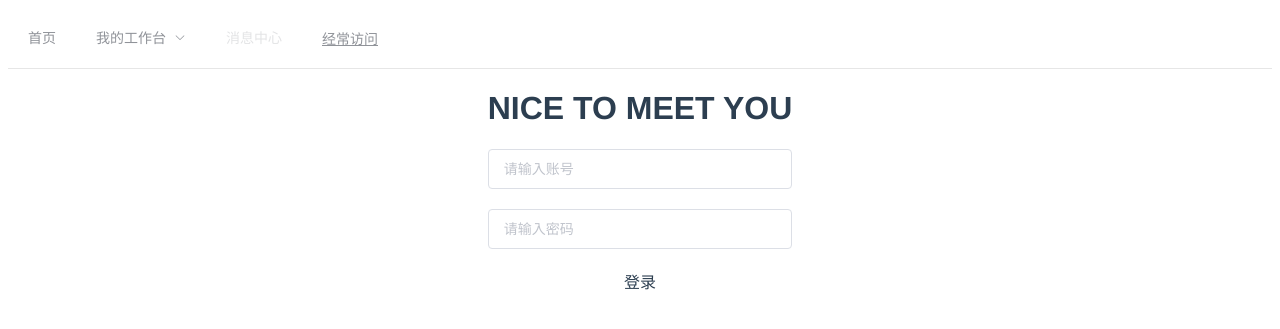
Repository: wallflower2020/log_management
Page: /#/login (app in log-management/)
These files come from the project's save history. The page is drawn as it stood at one moment and after the next save; the edit follows.
The browser window is 1280 px wide. The pictures show the whole page.
The project was rebuilt for these pictures with package versions that can differ from the ones it lists, and the page was loaded fresh each time. Also part of the build but not shown: log-management/src/components/HelloWorld.vue, log-management/src/views/index.vue.

Above is the page before, as saved 2021-04-19 23:28:58.

### log-management/index.html
<!DOCTYPE html>
<html>
  <head>
    <meta charset="utf-8">
    <meta name="viewport" content="width=device-width,initial-scale=1.0">
    <title>log-management</title>
  </head>
  <body>
    <div id="app"></div>
    <!-- built files will be auto injected -->
  </body>
</html>

### log-management/src/main.js
// The Vue build version to load with the `import` command
// (runtime-only or standalone) has been set in webpack.base.conf with an alias.
import Vue from 'vue';
import ElementUI from 'element-ui';
import 'element-ui/lib/theme-chalk/index.css';
import App from './App';
import router from './router';
import axios from 'axios';

Vue.use(ElementUI);
Vue.config.productionTip = false
Vue.prototype.$axios = axios

/* eslint-disable no-new */
new Vue({
  el: '#app',
  router,
  components: { App },
  template: '<App/>'
})

### log-management/src/App.vue
<template>
  <div id="app">
    <navigation></navigation>
    <!-- <img src="./assets/logo.png"> -->
    <router-view/>
  </div>
</template>

<script>
import Navigation from "@/components/navigation"

export default {
  components: {
    Navigation,
  },
  name: 'App',
  data() {
      return {
        activeIndex: '1',
        activeIndex2: '1'
      };
    },
    methods: {
      handleSelect(key, keyPath) {
        console.log(key, keyPath);
      }
    }
}
</script>

<style>
#app {
  font-family: 'Avenir', Helvetica, Arial, sans-serif;
  -webkit-font-smoothing: antialiased;
  -moz-osx-font-smoothing: grayscale;
  text-align: center;
  color: #2c3e50;
  margin-top: 0;
}
</style>

### log-management/src/router/index.js
import Vue from "vue";
import Router from "vue-router";

import index from "@/views/index";
import login from "@/views/login";

// const Workplace = resolve => require(["@/views/Workplace"], resolve);
const commission = resolve =>
  require(["@/views/workplace/commission"], resolve);
const everyday = resolve => require(["@/views/workplace/everyday"], resolve);
const special = resolve => require(["@/views/workplace/special"], resolve);
// import commission from "@/views/workplace/commission";
// import everyday from "@/views/workplace/everyday";
// import special from "@/views/workplace/special";

Vue.use(Router);

export default new Router({
  routes: [
    {
      path: "/",
      component: index
    },
    {
      path: "/index",
      name: "index",
      component: index
    },
    {
      path: "/login",
      name: "login",
      component: login
    },
    {
      path: "/commission",
      name: "commission",
      component: commission
    },
    {
      path: "/everyday",
      name: "everyday",
      component: everyday
    },
    {
      path: "/special",
      name: "special",
      component: special
    }
  ]
});

### log-management/src/components/navigation.vue
<template>
  <div>
    <el-menu :default-active="activeIndex" class="el-menu-demo" mode="horizontal" @select="handleSelect" >
      <el-menu-item index="1" @click="goIndex">首页</el-menu-item>
      <el-submenu index="2">
        <template slot="title">我的工作台</template>
        <el-menu-item index="2-1" @click="goEveryday">日常</el-menu-item>
        <el-menu-item index="2-2">代办</el-menu-item>
        <el-menu-item index="2-3">特殊</el-menu-item>
        <el-submenu index="2-4">
          <template slot="title">记录</template>
          <el-menu-item index="2-4-1">随笔</el-menu-item>
          <el-menu-item index="2-4-2">日记</el-menu-item>
          <el-menu-item index="2-4-3">总结</el-menu-item>
        </el-submenu>
      </el-submenu>
      <el-menu-item index="3" disabled>消息中心</el-menu-item>
      <el-menu-item index="4"><a href="https://www.bilibili.com/" target="_blank">经常访问</a></el-menu-item>
    </el-menu>
  </div>
</template>

<script>
export default {
  methods: {
    goIndex() {
      this.$router.push({path: '/'})
    },
    goEveryday() {
      this.$router.push({path: '/everyday'})
    }
  }
}
</script>

### log-management/src/views/login.vue
<template>
    <div class="login">
        <h1 @click="goIndex">NICE TO MEET YOU</h1>
        <el-input placeholder="请输入账号" class="login-phone"></el-input>
        <el-input placeholder="请输入密码" class="login-password"></el-input>
        <span @click="goIndex">登录</span>
        <!-- <a href="
        https://www.bilibili.com/">bilibili</a> -->
    </div>
</template>

<script>

export default({
  data: {
    formData:{
      account:'',
      password:'',
    }
  },
  methods: {
    goIndex() {
      this.$router.push({path: '/index'})
    }
  }
})
</script>

<style>
  .login {
    height: 500px;
    display: inline-block;
  }
  .login-phone {
    display: flex;
    /* width: 40%; */
    margin-bottom: 20px;
  }
  .login-password {
    display: flex;
    /* width: 40%; */
    margin-bottom: 20px;
  }
</style>

After the next save:
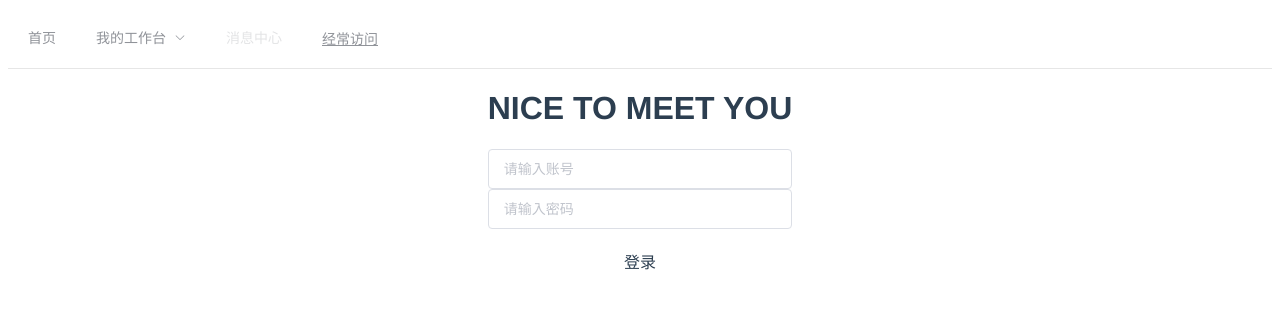
Saved 6 min 0 s later.
--- a/log-management/src/views/login.vue
+++ b/log-management/src/views/login.vue
@@ -1,7 +1,7 @@
 <template>
     <div class="login">
         <h1 @click="goIndex">NICE TO MEET YOU</h1>
-        <el-input placeholder="请输入账号" class="login-phone"></el-input>
+        <el-input placeholder="请输入账号" ></el-input>
         <el-input placeholder="请输入密码" class="login-password"></el-input>
         <span @click="goIndex">登录</span>
         <!-- <a href="

After the save that followed:
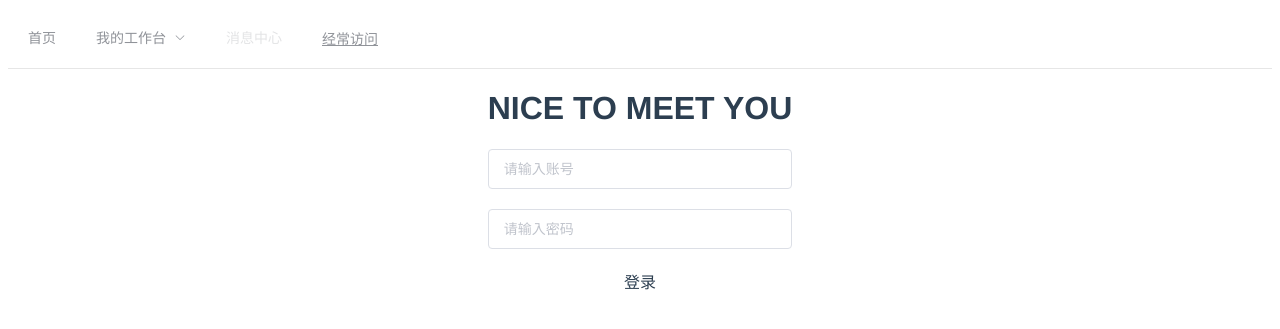
Saved 24 s later.
--- a/log-management/src/views/login.vue
+++ b/log-management/src/views/login.vue
@@ -1,7 +1,7 @@
 <template>
     <div class="login">
         <h1 @click="goIndex">NICE TO MEET YOU</h1>
-        <el-input placeholder="请输入账号" ></el-input>
+        <el-input placeholder="请输入账号" class="login-phone"></el-input>
         <el-input placeholder="请输入密码" class="login-password"></el-input>
         <span @click="goIndex">登录</span>
         <!-- <a href="
